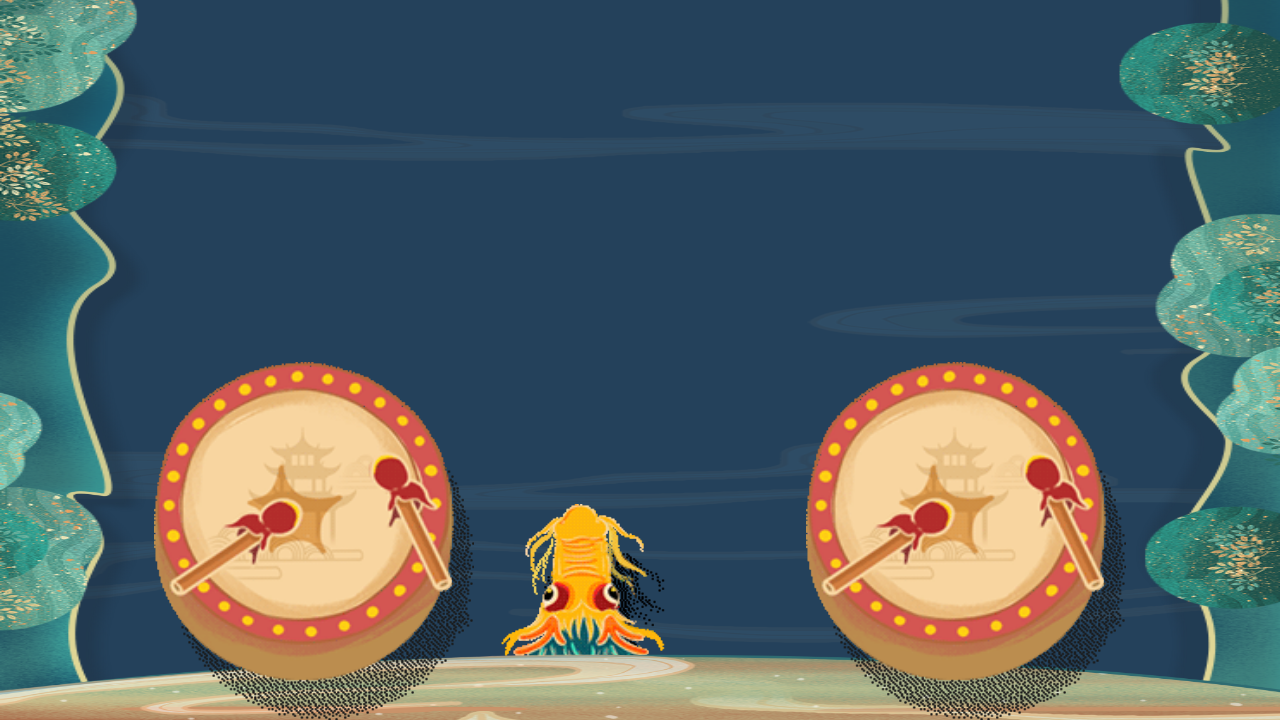
Repository: liushiwei151/hhl_dragon_boat_festival
Page: /Game
These files come from the project's save history. The page is drawn as it stood at one moment and after the next save; the edit follows.
The browser window is 1280 px wide. The pictures show the whole page.
An inner scrolling area shows only its first screen. The project was rebuilt for these pictures with package versions that can differ from the ones it lists, and the page was loaded fresh each time. Also part of the build but not shown: vue.config.js, src/views/Home.vue.

Above is the page before, as saved 2020-06-05 17:19:52.

After the next save:
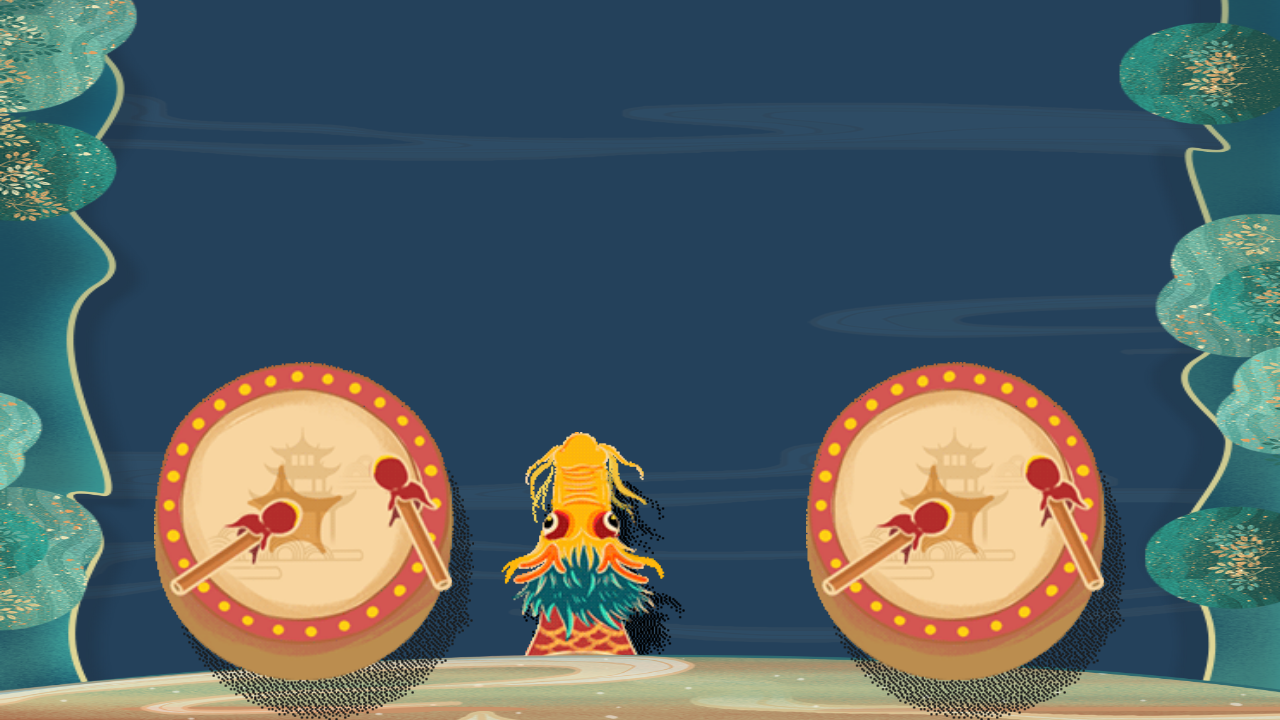
Saved 8 s later.
--- a/src/views/Game.vue
+++ b/src/views/Game.vue
@@ -140,7 +140,7 @@ export default class Game extends Vue {
     width: 31.333vw;
     height: 68.133vw;
     position: relative;
-    top: 70vh;
+    top: 60vh;
     left: 30vw;
     z-index: 5;
     .longzhou {
